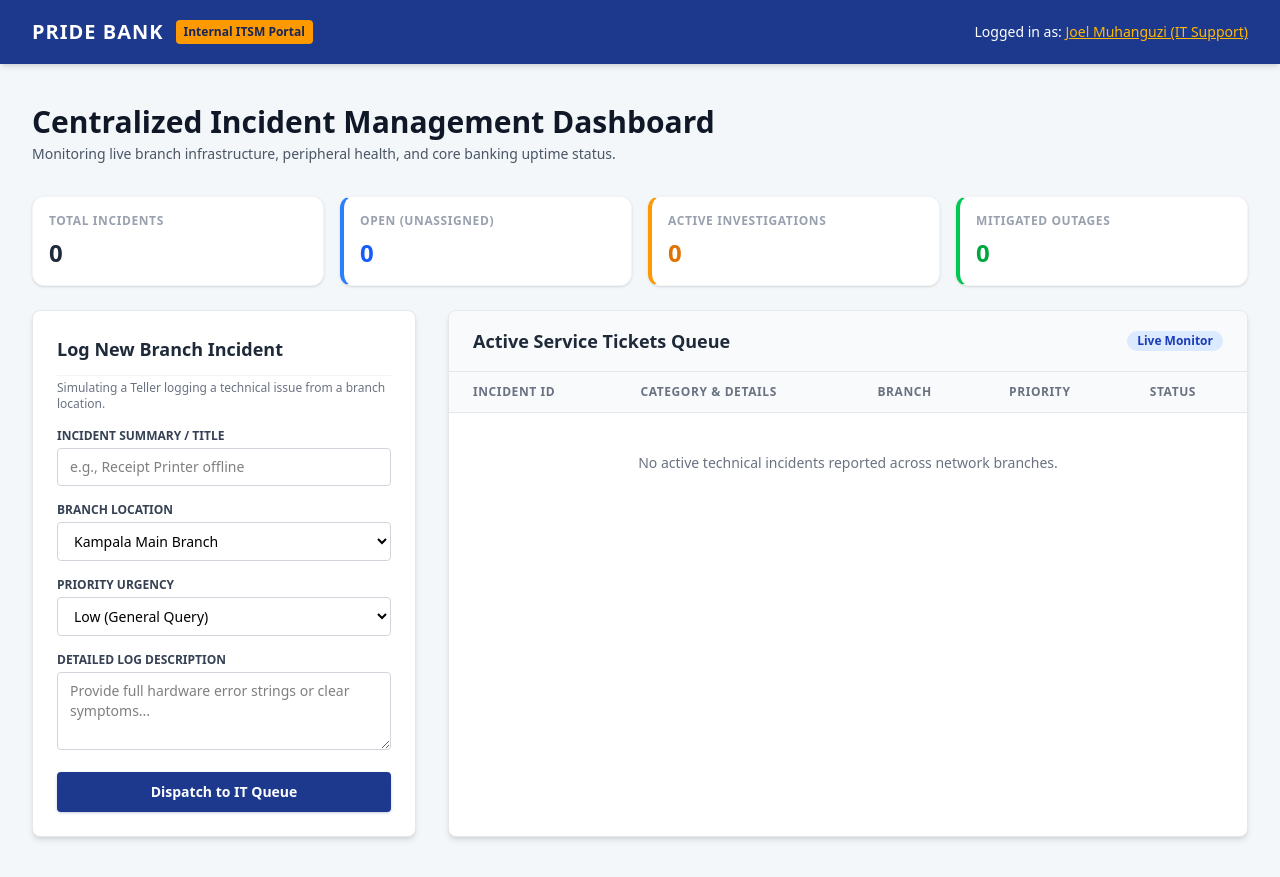
Repository: JOELAGABA/Ticket-reporting-system-for-bank-IT-support-environment-
Page: http://localhost/dashboard
An editor plug-in stored every save of this project. The page is shown before and after the next save, followed by the edit.
The browser window is 1280 px wide. The pictures show the whole page.
The page is served by the project's Laravel application, run on PHP 8.4 with Laravel 12. Queries for data that is not in the repository find no rows.

Above is the page before, as saved 2026-07-13 10:34:12.

After the next save:
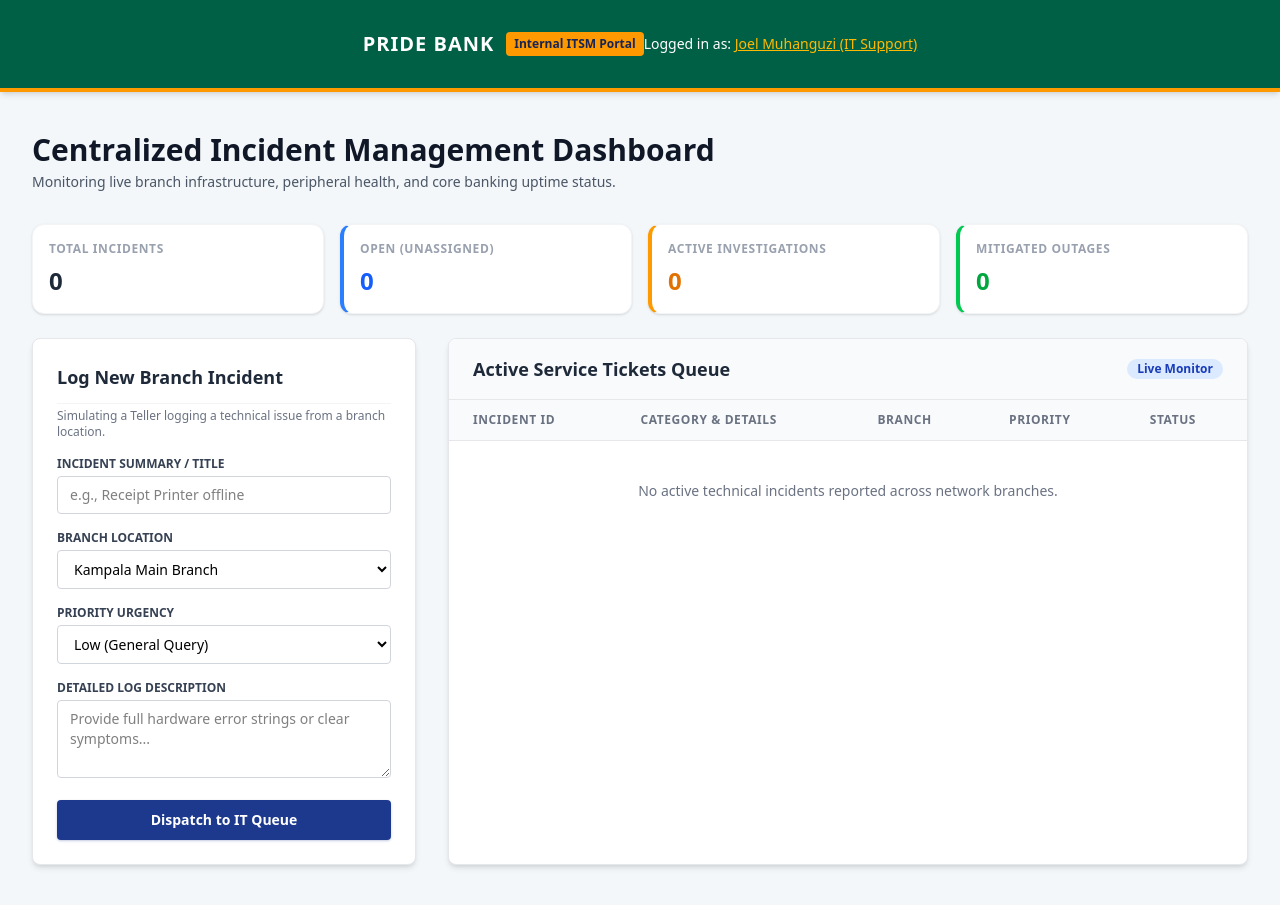
Saved 92 s later.
--- a/resources/views/dashboard.blade.php
+++ b/resources/views/dashboard.blade.php
@@ -9,7 +9,7 @@
 <body class="bg-slate-100/80 font-sans antialiased min-h-screen">
 
     <!-- Top Navigation Bar -->
-    <nav class="bg-blue-900 text-white shadow-md">
+    <nav class="bg-emerald-800 border-b-4 border-amber-500 text-white px-6 py-3 shadow-md flex justify-between items-center">
         <div class="max-w-7xl mx-auto px-4 sm:px-6 lg:px-8">
             <div class="flex items-center justify-between h-16">
                 <div class="flex items-center">
